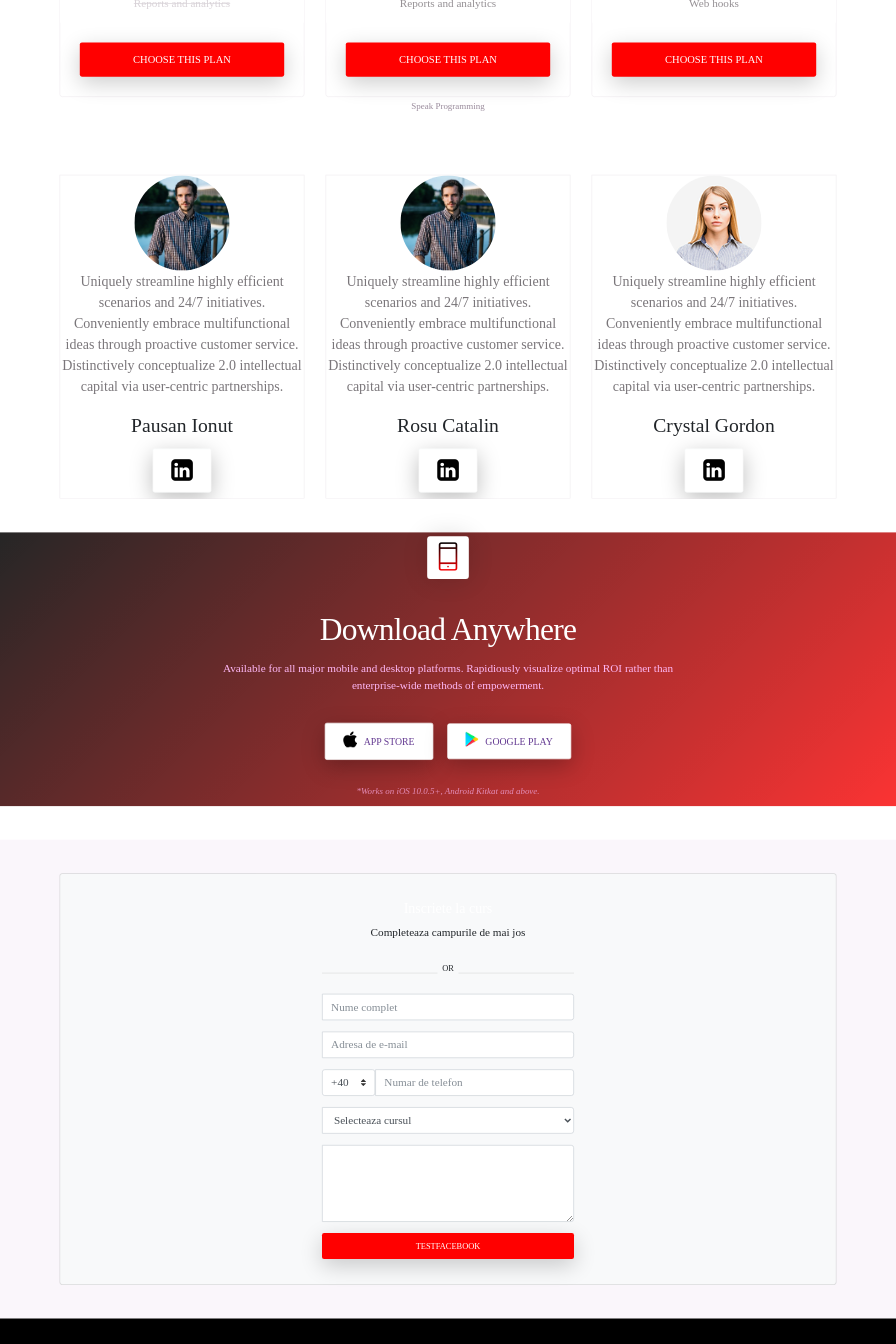
Repository: RosuCatalinDorin/ITSchool
Page: home-page/index.html
An editor plug-in stored every save of this project. The page is shown before and after the next save, followed by the edit.
The browser window is 1280 px wide. The pictures show the part of the page from y = 1181 to 3101 px (the page is 3484 px tall before and 3544 px after), at 70% of full size.
Some web libraries are served in a nearby version.

Above is the page before, as saved 2019-03-13 16:20:58.

### home-page/index.html
<!doctype html>
<html lang="en">


<head>
    <title>Speak Programming</title>
    <!-- Required meta tags -->
    <meta charset="utf-8">
    <meta name="viewport" content="width=device-width, initial-scale=1, shrink-to-fit=no">
    <meta name="description" content="Mobland - Mobile App Landing Page Template">
    <meta name="keywords" content="HTML5, bootstrap, mobile, app, landing, ios, android, responsive">
    <!-- Font -->

    <link rel="dns-prefetch" href="//fonts.googleapis.com">
     <!-- Bootstrap CSS -->
    <link rel="stylesheet" href="../css/bootstrap.min.css">
    <!-- Themify Icons -->
    <link rel="stylesheet" href="../css/themify-icons.css">
    <!-- Owl carousel -->
    <link rel="stylesheet" href="../css/owl.carousel.min.css">
    <link rel="stylesheet" href="../css/teamStyle.css">
    <link rel="stylesheet" href="../detaliiCurs/css/detalii-curs.css">


    <link rel="stylesheet" href="https://maxcdn.bootstrapcdn.com/font-awesome/4.5.0/css/font-awesome.min.css">

    <!-- Main css -->
    <link href="../css/style.css" rel="stylesheet">
    <link rel="shortcut icon" href="../images/partea_de_susLogo.png"/>
    <!-- jQuery and Bootstrap -->
    <script src="../js/jquery-3.2.1.min.js"></script>
    <script src="../js/bootstrap.bundle.min.js"></script>
    <!-- Plugins JS -->
    <script src="../js/owl.carousel.min.js"></script>
    <!-- Custom JS -->
    <script src="../js/script.js"></script>
    <script src="../js/fbLogin.js"></script>

</head>

<body data-spy="scroll" data-target="#navbar" data-offset="30">

    <!-- NAV BAR START-->
    <div class="nav-menu fixed-top">
        <div class="container">
            <div class="row">
                <div class="col-md-12">
                    <nav class="navbar navbar-dark navbar-expand-lg">
                        <a class="navbar-brand" href="index.html"><img src="../images/partea_de_susLogo.png" height="43" width="43" class="img-fluid" alt="logo"></a> <button class="navbar-toggler" type="button" data-toggle="collapse" data-target="#navbar" aria-controls="navbar" aria-expanded="false" aria-label="Toggle navigation"> <span class="navbar-toggler-icon"></span> </button>
                        <div class="collapse navbar-collapse" id="navbar">
                            <ul class="navbar-nav ml-auto">
                                <li class="nav-item"> <a class="nav-link active" href="#home">HOME <span class="sr-only">(current)</span></a> </li>
                                <li class="nav-item"> <a class="nav-link" href="#cursuri">CURSURI</a> </li>
                                <li class="nav-item"> <a class="nav-link" href="#aboutUS">DESPRE NOI</a> </li>
                                <li class="nav-item"> <a class="nav-link" href="#contact">CONTACT</a> </li>
                            </ul>
                        </div>
                    </nav>
                </div>
              </div>
         </div>
    </div>
<!-- NAV BAR END -->
    <!-- START HEADER -->
    <header  id="home">
        <div class="container mt-5">
            <h1 class="textClass"> Mesaj 1 (eu zic moto)</h1>
        </div>
        <div class="img-holder mt-3"><img src="../images/logo_partea_deJos.png" alt="phone" class="img-fluid">
            <p class="textClass">Mesaj 2 De ce am creat asta? O intrebare de genu</p>
        </div>
    </header>

    <!-- END HEADER -->

    <div class="section" id="cursuri">
        <div class="container">
            <div class="section-title">
                <small>Speak Programming</small>
                <h3>Cursuri</h3>
            </div>

            <div class="card-deck">
                <div class="card pricing">
                    <div class="card-head">
                        <small class="text-primary">PERSONAL</small>
                        <span class="price">$14<sub>/m</sub></span>
                    </div>
                    <ul class="list-group list-group-flush">
                        <div class="list-group-item">10 Projects</div>
                        <div class="list-group-item">5 GB Storage</div>
                        <div class="list-group-item">Basic Support</div>
                        <div class="list-group-item"><del>Collaboration</del></div>
                        <div class="list-group-item"><del>Reports and analytics</del></div>
                    </ul>
                    <div class="card-body">
                        <a href="screens/curs.html" class="btn btn-primary btn-lg btn-block">Choose this Plan</a>
                    </div>
                </div>
                <div class="card pricing">
                    <div class="card-head">
                        <small class="text-primary">FOR TEAMS</small>
                        <span class="price">$29<sub>/m</sub></span>
                    </div>
                    <ul class="list-group list-group-flush">
                        <div class="list-group-item">Unlimited Projects</div>
                        <div class="list-group-item">100 GB Storage</div>
                        <div class="list-group-item">Priority Support</div>
                        <div class="list-group-item">Collaboration</div>
                        <div class="list-group-item">Reports and analytics</div>
                    </ul>
                    <div class="card-body">
                        <a href="screens/curs.html" class="btn btn-primary btn-lg btn-block">Choose this Plan</a>
                    </div>
                </div>
                <div class="card pricing">
                    <div class="card-head">
                        <small class="text-primary">ENTERPRISE</small>
                        <span class="price">$249<sub>/m</sub></span>
                    </div>
                    <ul class="list-group list-group-flush">
                        <div class="list-group-item">Unlimited Projects</div>
                        <div class="list-group-item">Unlimited Storage</div>
                        <div class="list-group-item">Collaboration</div>
                        <div class="list-group-item">Reports and analytics</div>
                        <div class="list-group-item">Web hooks</div>
                    </ul>
                    <div class="card-body">
                        <a href="screens/curs.html" class="btn btn-primary btn-lg btn-block">Choose this Plan</a>
                    </div>
                </div>
            </div>
            <!-- // end .pricing -->
        </div>

    </div>


        <div class="container   embed-responsive">
            <div class="section-title">
                <small>Speak Programming</small>
                <h3>Trainers</h3>
            </div>
            <div class="contentTem">
                <div class="divNewTeam testimonials-single">
                    <img src="../images/pozaIonutPausan.jpg" class="rounded-circle" alt="Cinque Terre" width="136" height="136">
                    <blockquote class="blockquote">Uniquely streamline highly efficient scenarios and 24/7 initiatives. Conveniently embrace multifunctional ideas through proactive customer service. Distinctively conceptualize 2.0 intellectual capital via user-centric partnerships.</blockquote>
                    <h5 class="mt-4 mb-2">Pausan Ionut</h5>
                    <a href="#" class="btn btn-light"> <i class="fa fa-linkedin-square" style="font-size:36px; color:black"></i>  </a>
                </div>
                <div class="divNewTeam testimonials-single">
                    <img src="../images/pozaIonutPausan.jpg" class="rounded-circle" alt="Cinque Terre" width="136" height="136">
                    <blockquote class="blockquote">Uniquely streamline highly efficient scenarios and 24/7 initiatives. Conveniently embrace multifunctional ideas through proactive customer service. Distinctively conceptualize 2.0 intellectual capital via user-centric partnerships.</blockquote>
                    <h5 class="mt-4 mb-2">Rosu Catalin</h5>
                    <a href="#" class="btn btn-light"> <i class="fa fa-linkedin-square" style="font-size:36px; color:black"></i>  </a>
                </div>
                <div class="divNewTeam testimonials-single">
                    <img src="../images/client.png" class="rounded-circle" alt="Cinque Terre" width="136" height="136">
                    <blockquote class="blockquote">Uniquely streamline highly efficient scenarios and 24/7 initiatives. Conveniently embrace multifunctional ideas through proactive customer service. Distinctively conceptualize 2.0 intellectual capital via user-centric partnerships.</blockquote>
                    <h5 class="mt-4 mb-2">Crystal Gordon</h5>
                    <a href="#" class="btn btn-light"> <i class="fa fa-linkedin-square" style="font-size:36px; color:black"></i>  </a>
                </div>
            </div>
        </div>

    <div class="section bg-gradient" id ="aboutUS">
        <div class="container">
            <div class="call-to-action">

                <div class="box-icon"><span class="ti-mobile gradient-fill ti-3x"></span></div>
                <h2>Download Anywhere</h2>
                <p class="tagline">Available for all major mobile and desktop platforms. Rapidiously visualize optimal ROI rather than enterprise-wide methods of empowerment. </p>
                <div class="my-4">
                    <a href="#" class="btn btn-light"><img src="../images/appleicon.png" alt="icon"> App Store</a>
                    <a href="#" class="btn btn-light"><img src="../images/playicon.png" alt="icon"> Google play</a>
                </div>
                <p class="text-primary"><small><i>*Works on iOS 10.0.5+, Android Kitkat and above. </i></small></p>
            </div>
        </div>

    </div>
    <!-- // end .section -->

    <div class="light-bg py-5" id="contact">
        <div class="container">
            <div class="card bg-light">
                <article class="card-body mx-auto" style="max-width: 400px;">
                    <h4 class="card-title mt-3 text-center">Inscriete la curs </h4>
                    <p class="text-center">Completeaza campurile de mai jos </p>
                    <p class="divider-text">
                        <span class="bg-light">OR</span>
                    </p>
                    <form>
                        <div class="form-group input-group">
                            <div class="input-group-prepend">
                                <span class="input-group-text"> </span>
                            </div>
                            <input name="" class="form-control" placeholder="Nume complet" type="text">
                        </div> <!-- form-group// -->
                        <div class="form-group input-group">
                            <div class="input-group-prepend">
                                <span class="input-group-text"></span>
                            </div>
                            <input name="" class="form-control" placeholder="Adresa de e-mail" type="email">
                        </div> <!-- form-group// -->
                        <div class="form-group input-group">
                            <div class="input-group-prepend">
                                <span class="input-group-text">  </span>
                            </div>
                            <select class="custom-select" style="max-width: 120px;">
                                <option selected="">+40</option>
                                <option value="1">+972</option>
                                <option value="2">+198</option>
                                <option value="3">+701</option>
                            </select>
                            <input name="" class="form-control" placeholder="Numar de telefon" type="text">
                        </div> <!-- form-group// -->
                        <div class="form-group input-group">
                            <div class="input-group-prepend">
                                <span class="input-group-text"></span>
                            </div>
                            <select class="form-control">
                                <option selected=""> Selecteaza cursul</option>
                                <option>HTML5, CSS, JAVA-SCRIPT</option>
                                <option>MySQL,PHP</option>
                            </select>

                        </div> <!-- form-group end.// -->
                        <div class="form-group input-group">
                            <div class="input-group-prepend">
                                <span class="input-group-text">  </span>
                            </div>
                            <textarea  class="form-control"  rows="4" cols="50"></textarea>
                        </div> <!-- form-group// -->
                        <div class="form-group">
                            <button type="submit" class="btn btn-primary btn-block"> TestFAcebook  </button>
                        </div> <!-- form-group// -->
                    </form>
                </article>
            </div> <!-- card.// -->

        </div>

    </div>
    <!-- // end .section -->

    <!-- START FOOTER -->
    <footer class="footer">
            <div class="footer-container">
                <div class="footer-row">
                    <div class="social-media">
                        <h1>Contacteaza-ne pe:</h1>
                        <p class="social-media-paragraph">Speak programming:
                            <span>contact@speakprogramming.ro</span>
                        </p>
                        <p class="social-media-paragraph">Facebook:
                            <span>contact@speakprogramming.ro</span>
                        </p>
                        <div class="social-media-icons">

                        </div>
                        <p>Adresa</p>
                    </div>

                    <div class="contact-form">
                        <h1>Email us:</h1>
                        <label for="email">Email</label>
                        <input type="text" name="email" value="" class="form-control input-lg input-space" placeholder="Your Email"/>

                        <label for="mesaj">Scrie-ne un mesaj</label>
                        <textarea type="text" name="mesaj" value="" class="input-space form-control input-lg" placeholder="Mesaj..."/></textarea>
                        <button class="btn submit-button-footer">Submit</button>
                    </div>
                </div>


                <p class="copyright-message text-center"><small>COPYRIGHT © 2017. ALL RIGHTS RESERVED BY <a href="">SPEAK PROGRAMMING</a></small></p>
                <!-- <small class="copyright-message text-center footer-links">
                    <a href="#" class="m-2"></a>
                    <a href="#" class="m-2"></a>
                    <a href="#" class="m-2"></a>
                </small> -->
            </div>
        </footer>
</body>

</html>

### css/teamStyle.css
.divNewTeam{
    border: 1px solid #f1eef1;
    width: 350px;

}
.contentTem{
    display: flex;
}
@media only screen and (max-width: 600px){
    .contentTem{
        display: block;
        margin-top: 50px;
    }
}

### detaliiCurs/css/detalii-curs.css
/* Header start */
.header-detalii-curs {
    background-image: url("../../images/headerbk.jpg");
    background-repeat: no-repeat;
    background-size: cover;
    padding-bottom:25px;
    margin-top: 40px;
    height: 400px;
    display: flex;
    flex-direction: column;
    justify-content: center;
}

.detalii-curs-titlu{
    font-size: 45px;
    margin-bottom: 30px;
}

.detalii-curs-motto{
    font-size: 25px;
    margin-bottom: 30px;
}

.enroll-header-btn{
    font-size: 15px;
}
.enroll-header-btn a {
    color: #FFF;
}

.enroll-header-btn:hover {
    background: #e5003c;
    cursor: pointer;
    border: 1px solid transparent;
    font-size: 16px;
}

.container-detalii-curs {
    text-align: center;
}

.detalii-curs-button-container{
    margin-bottom: 30px;
}
/* Header ends */

/* Info curs container start */
.curs-container {
    width: 100%;
    background: #f9f9f9;
    padding-bottom:40px;
}
.info-curs-container {
    width: 70%;
    margin: auto;
}

.info-title{
    padding-top: 55px;
    padding-bottom: 50px;
    height: auto;
}

.detalii-curs-motto {
    color: black;
}

.info-title h2{
    text-align: center;
}

    /* DETALII CURS -START */
.info-curs-detalii{
    display: flex;
    justify-content: space-between;
    margin-bottom: 30px;
}

.informatii-curs-sumar{
    width: 25%;
    -webkit-box-shadow: 2px 3px 18px -2px rgba(186,186,186,0.68);
    -moz-box-shadow: 2px 3px 18px -2px rgba(186,186,186,0.68);
    box-shadow: 2px 3px 18px -2px rgba(186,186,186,0.68);
    border-radius: 3%;
    background: #fff;
    border: 1px solid #f1eef1;
}

.informatii-curs-sumar h3 {
    text-align: center;
    color: black;
    padding:20px 0;
}

.informatii-curs-row{
    /* font size-font-style */
    display: flex;
}

.row-first-elem{
    font-weight: bold;
    width: 30%;
    padding-left: 10%;
}

.row-second-elem {
    width:60%;
    text-align: start;
    padding-left: 20%;
  }

.trainer-linkedin{
    display: flex;
    justify-content: space-between;
}
/* DETALII CURS -END */

/* DESCRIERE CURS START */
.descriere-curs{
    width: 60%;
}

.descriere-curs h4{
    font-weight: bold;
}

.descriere-cui-se-adreseaza{
    padding-bottom: 20px;
}

.descriere-cui-se-adreseaza h4{
    color: black;
    padding-bottom: 10px;
}

/* DESCRIERE CURS ENDS */

/* Info curs container ends */


/* PROGRAMA CURS START */

.programa-curs{
    margin: auto;
    width: 70%;
    justify-content: space-between;
    padding-bottom: 50px;
}

.detalii-programa {
    width: 100%;
    display: flex;
    justify-content: space-between;
}

.programa-curs-row{
    width: 25%;
    color: black;
    -webkit-box-shadow: 2px 3px 18px -2px rgba(186,186,186,0.68);
    -moz-box-shadow: 2px 3px 18px -2px rgba(186,186,186,0.68);
    box-shadow: 2px 3px 18px -2px rgba(186,186,186,0.68);
    border-radius: 3%;
    border: 1px solid #f1eef1;
}

.programa-curs-header {
    padding-top: 20px;
    display: flex;
    color:black;
    width:80%;
    margin: auto;
    justify-content: center;
}

.programa-curs-header h4{
    padding: 20px 0;
    font-weight: bold;
    color: black;
}

.programa-curs-header i {
    padding:25px 0 0 15px;
}


.lista-programa-curs{
    width: 90%;
    margin: auto;
    padding-bottom: 10px;
}

.lista-programa-curs li {
    padding-top: 10px;
    padding-bottom: 10px;
}

.web-basics{
    display: flex;
}

.web-basics li {
    width: 50%;
}

.web-basics div{
    padding-top: 10px;
}


/* PROGRAMA CURS ENDS */

/* DESCRIERE TRAINER START */
.trainer-section{
    position: relative;
    background:black;
    width: 100%;
    border-bottom: 2px solid lightgray;
    padding-bottom: 70px;
}

.descriere-trainer {
    width:70%;
    margin: auto;
    color: white;
}

.descriere-trainer h2,h3,h4{
    color:white;
}

.info-title span{
    color: #e5003c
}

.trainer-row {
    margin-top: 40px;
    display: flex;
    justify-content: space-between;
}

.trainer-profile{
    width:30%;
}

.trainer-delimitator {
    height: 1px;
    width: 100%;
    background: #959094;
    position: absolute;
    top:57%;
    left: 0;
    z-index:33;
    margin:auto;
}

.trainer-description{
    width: 60%;
}

.trainer-description p{
    color: #959094
}

.trainer-image-container{
    width: 34%;
    margin: auto;
    margin-bottom: 20px;
}

.trainer-image {
    border-radius:50%;
    margin:auto;
    width: 136px;
    height: 136px;
}

.trainer-name{
    width:50%;
    margin: auto;
    margin-bottom: 20px;
}

.trainer-name h3{
    text-align: center;
}

.trainer-description h4,p{
    padding-bottom: 10px;
}

.trainer-short-description span{
    padding-right: 5%;
}

.marketing-section-part1{
    height: 50%;
}

.marketing-section-part1 h1{
    font-size: 50px;
    text-align: center;
    padding: 15% 0 20px 0;
}

.marketing-section-part1 h3{
    color: black;
    text-align: center;
    padding: 40px 0 20px 0;
}

.img-container{
    display: flex;
    justify-content: space-around;
    padding-top: 15%;
}

.marketing-image-container {
    width: 25%;
}

.marketing-image-container img {
    width: 90%;
    height: 90%;
}

/* DESCRIERE TRAINER ENDS */

/* INSCRIERE CURS START */

.inscriere-curs-section {
    padding-bottom: 50px;
}

.inscriere-curs-container{
    display: flex;
    width: 70%;
    margin: auto;
}

.inscriere-marketing-section{
    background-image: url("../../images/bau.jpg");
    background-size: cover;
    width:49%;
    background-color: lightgrey;
    height:auto;
    display: flex;
    flex-direction: column;
}

.inscriere-form-container{
    width:49%;
}

.formular-inscriere{
    width: 90%;
    margin:0 auto;
}

.input-space{
    margin-bottom: 20px;
}

.termeni-conditii{
    display: flex;
    margin-bottom: 20px;
}

.checkbox{
    width: 2%;
    margin-top: 5px;
    margin-right:10px;
}

form label{
    font-weight:bold;
}

.enroll-btn {
    background-color: black!important;
    font-size: 20px;
}

.enroll-btn:hover {
    cursor: pointer;
    background-color: #e5003c!important;
}
/* INSCRIERE CURS END */

/* FOOTER START */

.footer {
    padding-top: 40px;
    background-color: black;
}

.footer-container {
    width: 70%;
    margin: auto;
    color: white;
}

.footer-row {
    display: flex;
    justify-content: space-between;
}

.social-media, .contact-form {
    width: 45%;
    padding: 0 15px;
}


.copyright-message {
    width: 100%;
    margin: auto;
}
.copyright-message a{
    color: #e5003c;
}

.social-media-paragraph{
    text-align: left;
    color: white;
}

.social-media-paragraph span{
    color: #959094;
}

.submit-button-footer {
    height: 45px;
    color: white;
    font-size: 17px!important;
    width: 50%;
    background-color: #e5003c!important;
    float: right;
    box-shadow: 0px 9px 32px 0px rgba(0, 0, 0, 0.2);
    text-transform: uppercase;
}

.submit-button-footer:hover {
    cursor: pointer;
    background-color: #be0b23e5!important;
    transition: all 0.3s ease;
}

.footer-links {
    margin: auto;
}

/* FOOTER END */

Loaded but not shown: css/bootstrap.min.css (library); css/themify-icons.css (common file); css/owl.carousel.min.css (library); js/jquery-3.2.1.min.js (library); js/bootstrap.bundle.min.js (library); js/owl.carousel.min.js (library); js/script.js (112 lines, source omitted); js/fbLogin.js (68 lines, source omitted); css/style.css (701 lines, source omitted)

After the next save:
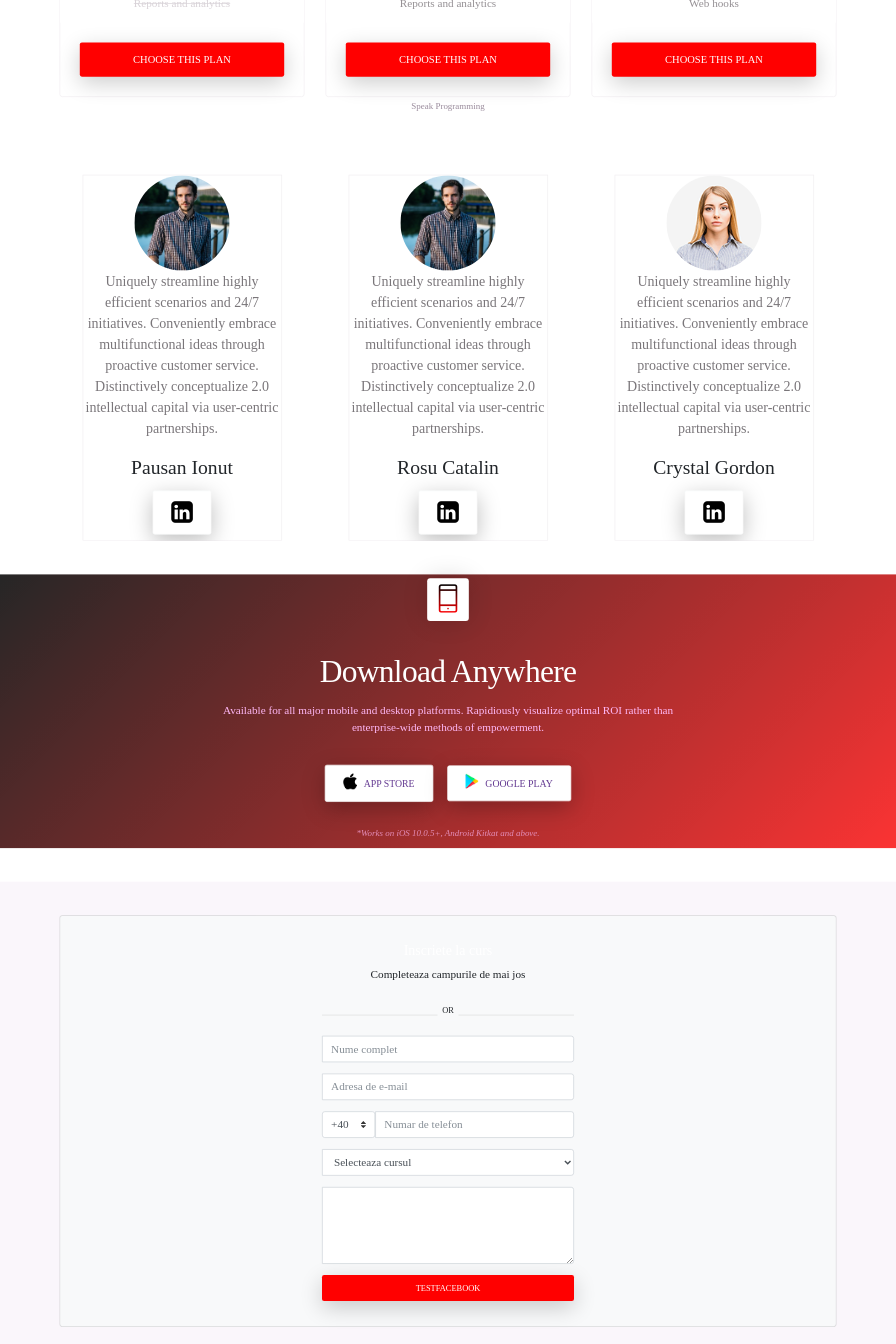
Saved 13 s later.
--- a/css/teamStyle.css
+++ b/css/teamStyle.css
@@ -1,6 +1,6 @@
 .divNewTeam{
     border: 1px solid #f1eef1;
-    width: 350px;
+    width: 25%;
 
 }
 .contentTem{
